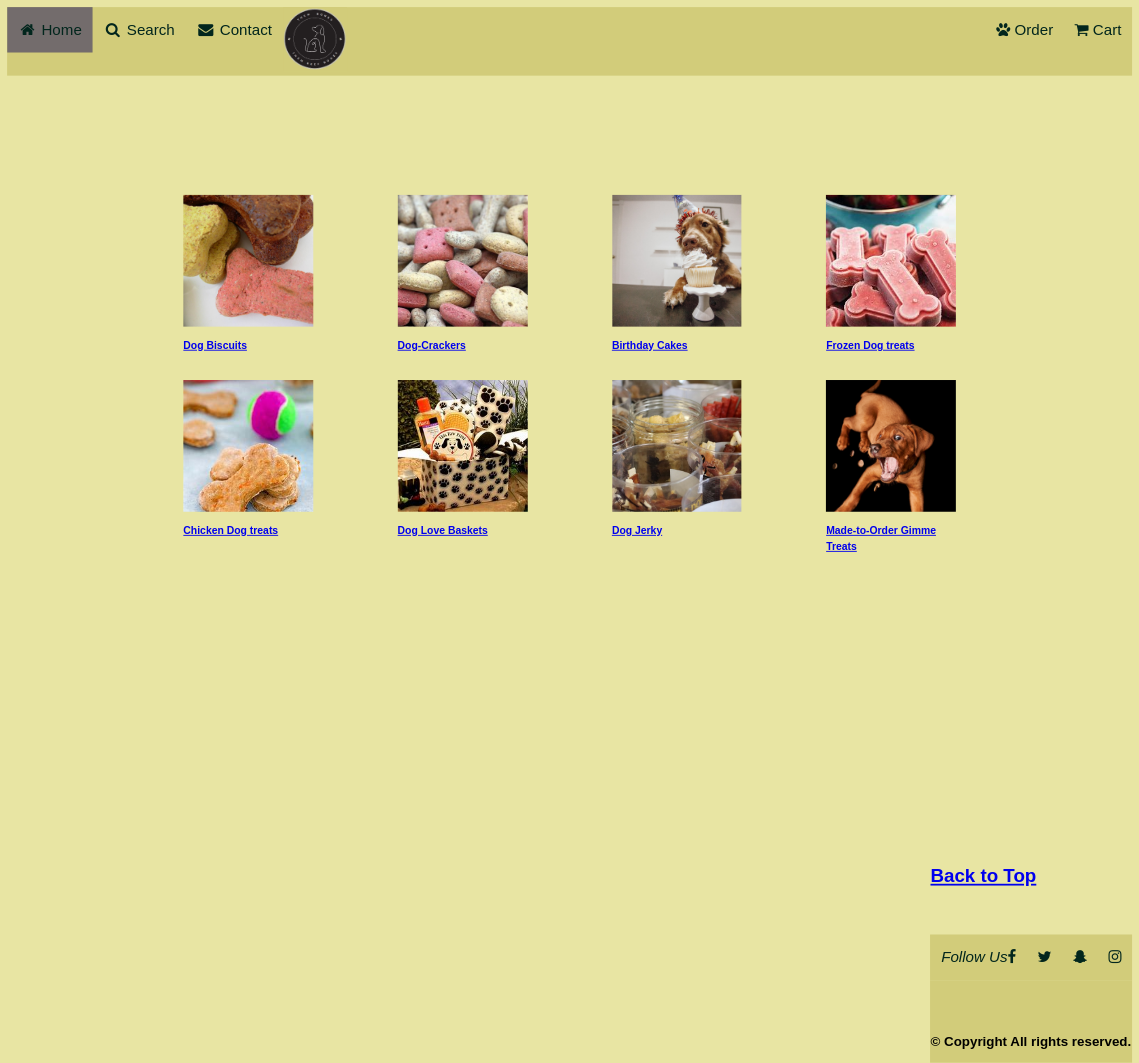
Repository: vgoins-RA2022/HTML-1
Page: index.html
The author's editor kept a copy of each file at every save. The page is drawn from the files as they stood at one save, then again after the next save.
The browser window is 1280 px wide. The pictures show the whole page, at 89% of full size.

Above is the page before, as saved 2023-01-21 19:06:47.

After the next save:
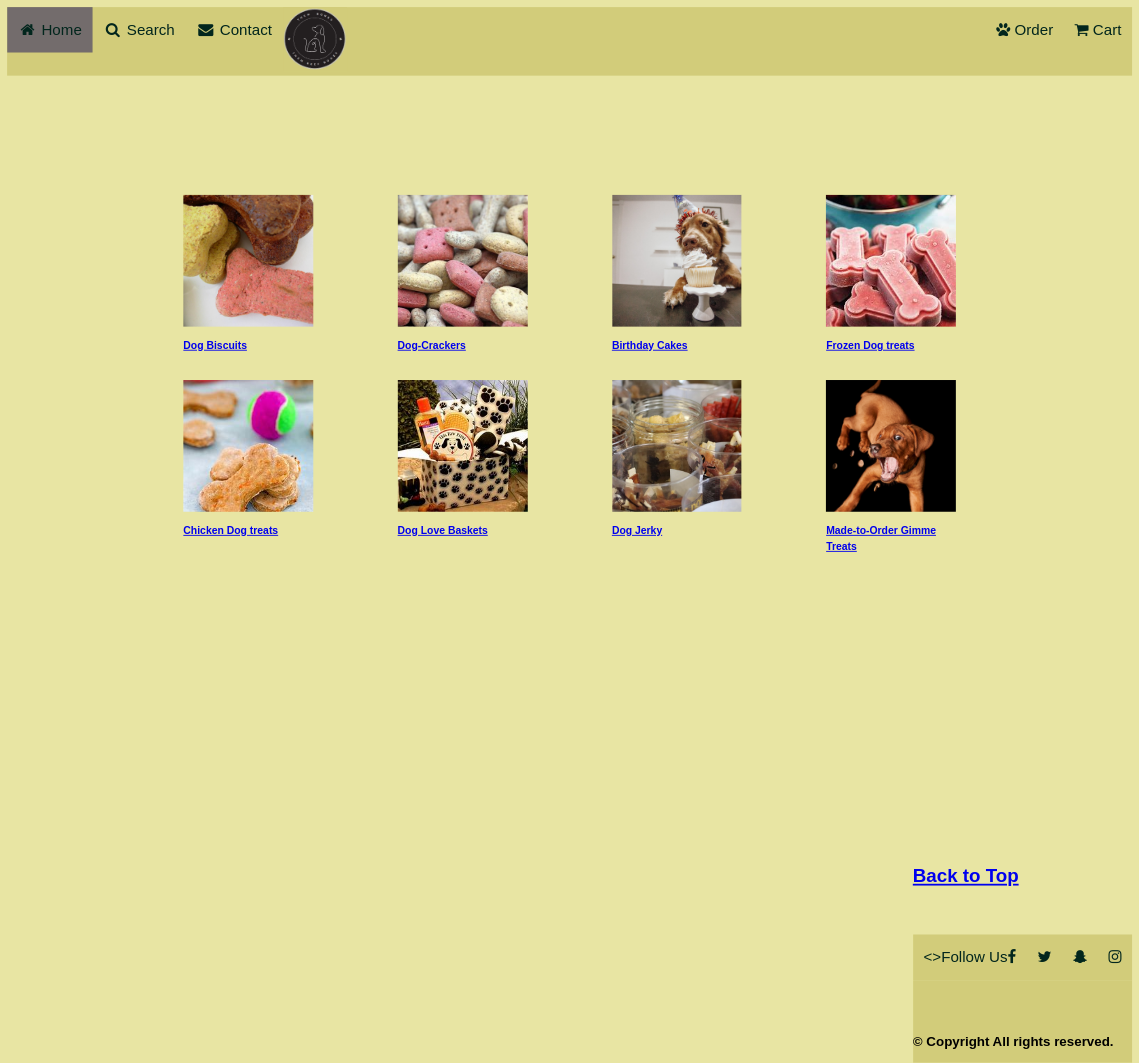
Saved 2 min 15 s later.
--- a/index.html
+++ b/index.html
@@ -93,7 +93,7 @@
     <div class="navbar" float: left>
     <!-- <div class="left"> -->
 
-      <a href="#"><em>Follow Us</em><i class="fa fa-facebook"></i> </a>
+      <a href="#"><>Follow Us</><i class="fa fa-facebook"></i> </a>
       <a href="#"><i class="fa fa-twitter"></i> </a>
       <a href="#"><i class="fa fa-snapchat-ghost"></i> </a>
       <a href="#"><i class="fa fa-instagram"></i> </a>
